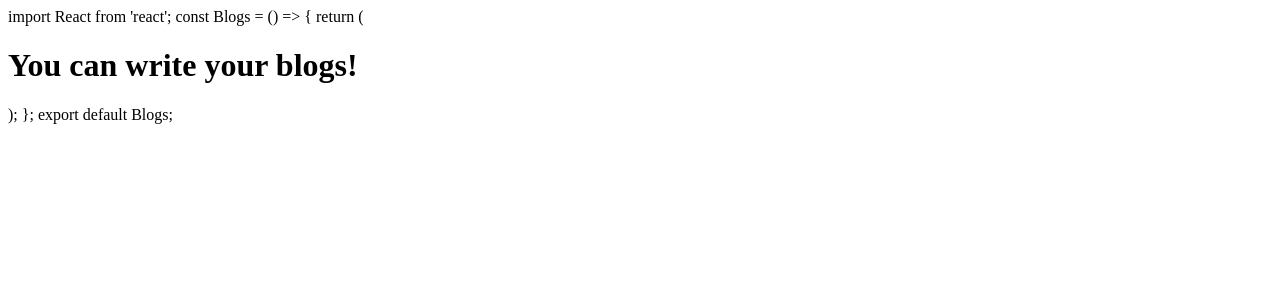
Repository: uonafya/PPMS_Landing-Page
Page: src/pages/reports/usaid.html
These files come from the project's save history. The page is drawn as it stood at one moment and after a run of saves; the edit follows.
The browser window is 1280 px wide. The pictures show the whole page.

Above is the page before, as saved 2023-05-15 12:48:40.

### src/pages/reports/usaid.html
import React from 'react';

const Blogs = () => {
  return (
    <h1>You can write your blogs!</h1>
  );
};

export default Blogs;

After the next 2 saves:
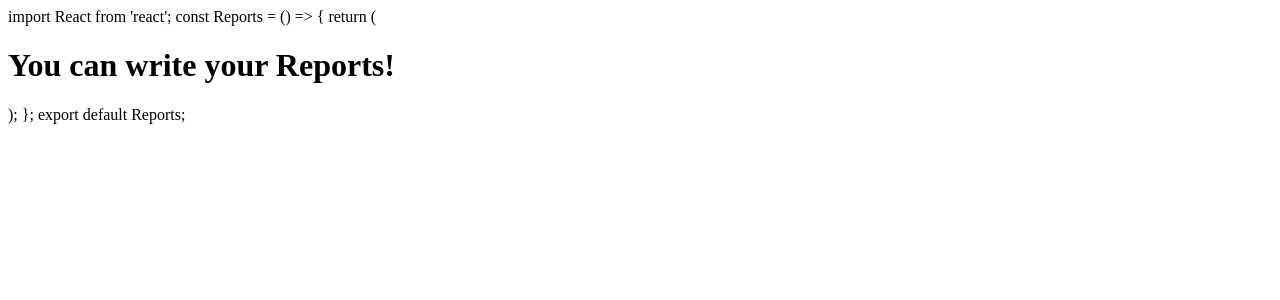
The 2 saves are shown as one change because they came seconds apart.
The last was saved 8 s later.
--- a/src/pages/reports/usaid.html
+++ b/src/pages/reports/usaid.html
@@ -1,9 +1,9 @@
 import React from 'react';
 
-const Blogs = () => {
+const Reports = () => {
   return (
-    <h1>You can write your blogs!</h1>
+    <h1>You can write your Reports!</h1>
   );
 };
 
-export default Blogs;
+export default Reports;
